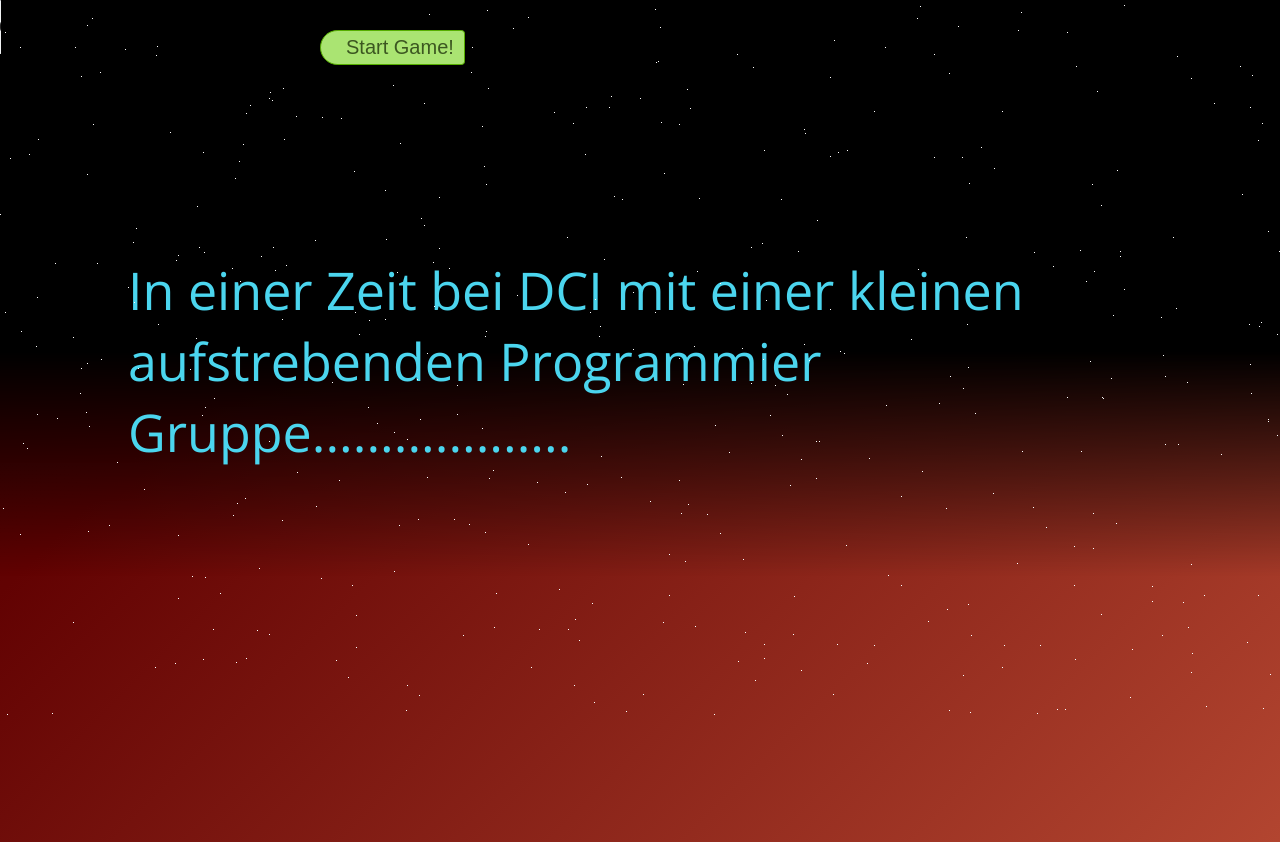
Repository: Der-Metatron/Projekt-Omega-Sprotte
Page: /
These files come from the project's save history. The page is drawn as it stood at one moment and after the next save; the edit follows.
The browser window is 1280 px wide. The pictures show the whole page.
The project was rebuilt for these pictures with package versions that can differ from the ones it lists, and the page was loaded fresh each time. Also part of the build but not shown: src/services/game-control.js, src/components/GameCanvas.css, src/components/GameCanvas.jsx, src/components/Footer.jsx.

Above is the page before, as saved 2022-06-23 19:38:52.

### public/index.html
<!DOCTYPE html>
<html lang="de">
  <head>
    <meta charset="UTF-8" />
    <meta name="Metatron" content="width=device-width, initial-scale=1.0" />
    <link rel="stylesheet" href="style.css" />

    <title>Projekt-Omega></title>
  </head>

  <body>
    <!-- <body onload="startGame()"> -->
    <div id="root"></div>
    <!-- TEST -->
    <div id="canvasbackground"></div>
  </body>
</html>

### src/App.js
/* Hier werden die Einzelnen Seiten Hinzugefügt */
import "./App.css";
import { useState } from "react";
import { GameCanvas } from "./components/GameCanvas";
import { Welcome } from "./components/Welcome";
import { Footer } from "./components/Footer";

function App() {
  const [currentPage, setCurrentPage] = useState(0);
  return (
    <div className="App">
      {currentPage === 0 ? (
        <>
          <Welcome
            onContinue={() => {
              setCurrentPage(1);
            }}
          />
        </>
      ) : (
        <>
          <h1>Projekt Omega</h1>
          <GameCanvas />
          <Footer />
        </>
      )}
    </div>
  );
}

export default App;

### src/App.css
html,
body {
  width: 100%;
  height: 100%;
}

h1 {
  text-align: center;
  color: aliceblue;
}

body {
  background: linear-gradient(-45deg, #ee7752, #620202, #000000, #265046);
  background-size: 400% 400%;
  animation: gradient 15s ease infinite;
}

@keyframes gradient {
  0% {
    background-position: 0% 50%;
  }
  50% {
    background-position: 100% 50%;
  }
  100% {
    background-position: 0% 50%;
  }
}

### src/components/Welcome.jsx
import React from "react";
import "./Welcome.css";
import ReactAudioPlayer from "react-audio-player";

function randomPosition() {
  let y = window.innerWidth;
  let x = window.innerHeight;
  let randomX = Math.floor(Math.random() * x);
  let randomY = Math.floor(Math.random() * y);
  return [randomX, randomY];
}

export const Welcome = ({ onContinue }) => {
  const starDivs = [];
  for (let i = 0; i < 400; i++) {
    let xy = randomPosition();
    starDivs.push(
      <div
        key={i}
        className="stars"
        style={{
          top: xy[0],
          left: xy[1],
        }}
      ></div>
    );
  }
  /* ----------------------------------------------------------------------------- */
  console.log(starDivs);
  /* ------------------------------------------------------------------------------ */
  return (
    <div className="welcome-container">
      {starDivs}

      {/* <!-- Erste Inro laufschrift --> */}

      <section className="intro">
        In einer Zeit bei DCI mit einer kleinen aufstrebenden Programmier
        Gruppe...................
      </section>
      <section className="logo">
        <img src="img/Unbenannt.png" alt="Projekt-Omega Geschichte" />
      </section>
      <div id="scroller">
        <div id="content">
          <p id="title">Episode DCI Abschlussprojekt</p>
          <br></br>
          <p id="subtitle">Projekt-Omega</p>
          <br />
          <p>
            Du bist alleine mit deinen Raumschiff Omega und kämpfst in einer
            Dystopischen Welt voller feindlichen Gegnern ums überleben.Während
            des 21.Jahrhundert befinden sich in der Umlaufbahn des Planeten Erde
            durch Umweltverschmutzung,zügelloser verbrauch der Ressourcen und
            Machthungriger Politiker Unmengen an Weltraum Schrott, Satelliten
            und Gruppen verschiedener Fraktionen die versuchen dir das Licht
            auszuknipsen dazu kommen nach und nach eine Invasion von Feindlichen
            Flug Objekten dazu und machen dir das Leben zur Hölle. Messe dich
            mit anderen Spielern um die Höchste Punktzahl,verewige dich in der
            Highscore und werde der Ultimative Retter des Universums.
          </p>
          <p>
            Idee: Der Metatron. Programming: Der Metatron, Serdar, Dennis. Musik
            & Sound: Der Metatron. Grafik: Emergancy-Romm Tattoo, Pixbay, Der
            Metatron. Backend: Serdar. Canvas build React: Ralf.
          </p>
          <p>Erstellt mit: Canvas, Html, Reackt, MongoDb, Express, Css.</p>
          <p>
            Danke an alle die uns bei diesen Projekt unterstützt haben und uns
            die gelegenheit gegeben haben unser Ideen zu verwirklichen.Special
            Thanks to Ralf & Chriatian. Und jetzt viel Spaß beim Zocken!!!
          </p>
          <h2>
            Pfeil Taste Oben, Pfeil Taste Unten, Pfeil Taste Links, Pfeil Taste
            Rechts, Space = Schießen
          </h2>
        </div>
      </div>

      <footer>
        {/* ---------------------AUDIO-------------------------------------------- */}
        <ReactAudioPlayer
          src="/audio/Musik/Projekt Omega cut.mp3"
          autoPlay
          controls
          volume={0.5}
        />
        {/* ----------------------------------------------------------------------- */}
        <button
          className="startbutton"
          onClick={() => {
            onContinue();
          }}
        >
          Start Game!
        </button>
      </footer>
    </div>
  );
};

### src/components/Welcome.css
@import url("https://fonts.googleapis.com/css2?family=Open+Sans&display=swap");

.welcome-container {
  margin: 0;
  background-color: #000;
  overflow: hidden !important;
}

.welcome-container::after {
  content: "";
  position: fixed;
  top: 0;
  left: 0;
  width: 100%;
  height: 80vh;
  background: linear-gradient(
    to bottom,
    rgba(0, 0, 0, 1) 61%,
    rgba(0, 0, 0, 0.54) 79%,
    rgba(0, 0, 0, 0) 100%
  );
  z-index: 1;
}

.stars {
  position: absolute;
  width: 1px;
  height: 1px;
  background-color: #fff;
  z-index: 3;
}

.intro {
  position: absolute;
  top: 50%;
  left: 50%;
  transform: translate(-50%, -50%);
  z-index: 2;
  color: rgb(75, 213, 238);
  font-family: "Open Sans", sans-serif;
  font-weight: 500;
  font-size: 3.25rem;
  width: 80%;
  opacity: 0;
  animation: intro 6s ease-out 0.5s;
}

@keyframes intro {
  0% {
    opacity: 0;
  }
  20% {
    opacity: 1;
  }
  90% {
    opacity: 1;
  }
  100% {
    opacity: 0;
  }
}

.logo {
  position: absolute;
  top: 50%;
  left: 50%;
  transform: translate(-50%, -50%);
  z-index: 2;
  width: 100%;
  opacity: 0;
  animation: logo 10s ease-out 9s;
}

.logo img {
  width: inherit;
}

@keyframes logo {
  0% {
    opacity: 1;
    transform: translate(-50%, -50%) scale(2);
  }
  70% {
    opacity: 1;
  }
  100% {
    opacity: 0;
    transform: translate(-50%, -50%) scale(0.1);
  }
}

p {
  color: #ffe81f;
}

#scroller {
  font-family: sans-serif;
  font-weight: bold;
  font-size: 350%;
  text-align: justify;
  overflow: hidden;
  height: 50em;
  width: 20em;
  position: absolute;
  bottom: 0;
  left: 50%;
  margin-left: -10em;
  z-index: 0;
  transform: perspective(350px) rotateX(25deg);
  transform-origin: 50% 100%;
}

#scroller::after {
  position: absolute;
  content: "";
  bottom: 60%;
  left: 0;
  right: 0;
  top: 0;
}

#content {
  position: absolute;
  top: 100%;
  animation: scoller 100s linear 16s;
}

@keyframes scoller {
  0% {
    top: 100%;
  }
  100% {
    top: -200%;
  }
}

#title,
#subtitle {
  text-align: center;
  line-height: 1.5rem;
}

#subtitle {
  text-transform: uppercase;
  font-size: 3.5rem;
}

footer {
  position: absolute;
  z-index: 10;
}
/*  */
.startbutton {
  display: inline-block;
  margin: 20px;
  text-decoration: none;
  font-family: Arial;
  font-size: 20px;
  border: 1px solid #56ae00;
  border-radius: 25px 5px 5px 25px;
  background-color: #aae472;
  color: #3c5721;
  padding: 5px 10px 5px 25px;
}
.startbutton:hover {
  padding: 5px 25px 5px 10px;
  border-radius: 5px 25px 25px 5px;
}
.punkte {
  color: #56ae00;
  font-size: 2rem;

  text-align: center;
}
h2 {
  color: aqua;
}

Loaded but not shown: src/index.js (common file); src/index.css (common file); src/reportWebVitals.js (common file); public/style.css (empty)

After the next save:
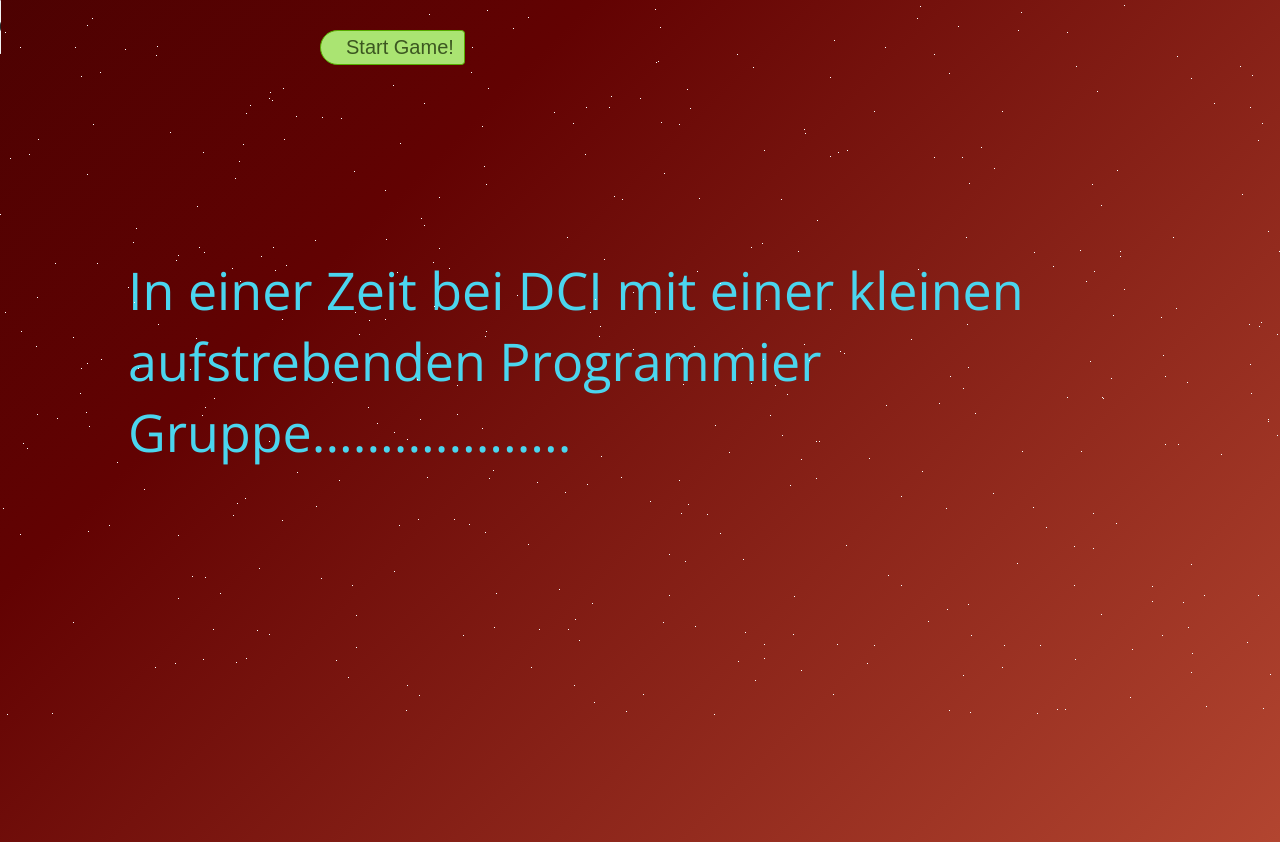
Saved 103 s later.
--- a/src/components/Welcome.css
+++ b/src/components/Welcome.css
@@ -1,26 +1,4 @@
 @import url("https://fonts.googleapis.com/css2?family=Open+Sans&display=swap");
-
-.welcome-container {
-  margin: 0;
-  background-color: #000;
-  overflow: hidden !important;
-}
-
-.welcome-container::after {
-  content: "";
-  position: fixed;
-  top: 0;
-  left: 0;
-  width: 100%;
-  height: 80vh;
-  background: linear-gradient(
-    to bottom,
-    rgba(0, 0, 0, 1) 61%,
-    rgba(0, 0, 0, 0.54) 79%,
-    rgba(0, 0, 0, 0) 100%
-  );
-  z-index: 1;
-}
 
 .stars {
   position: absolute;
